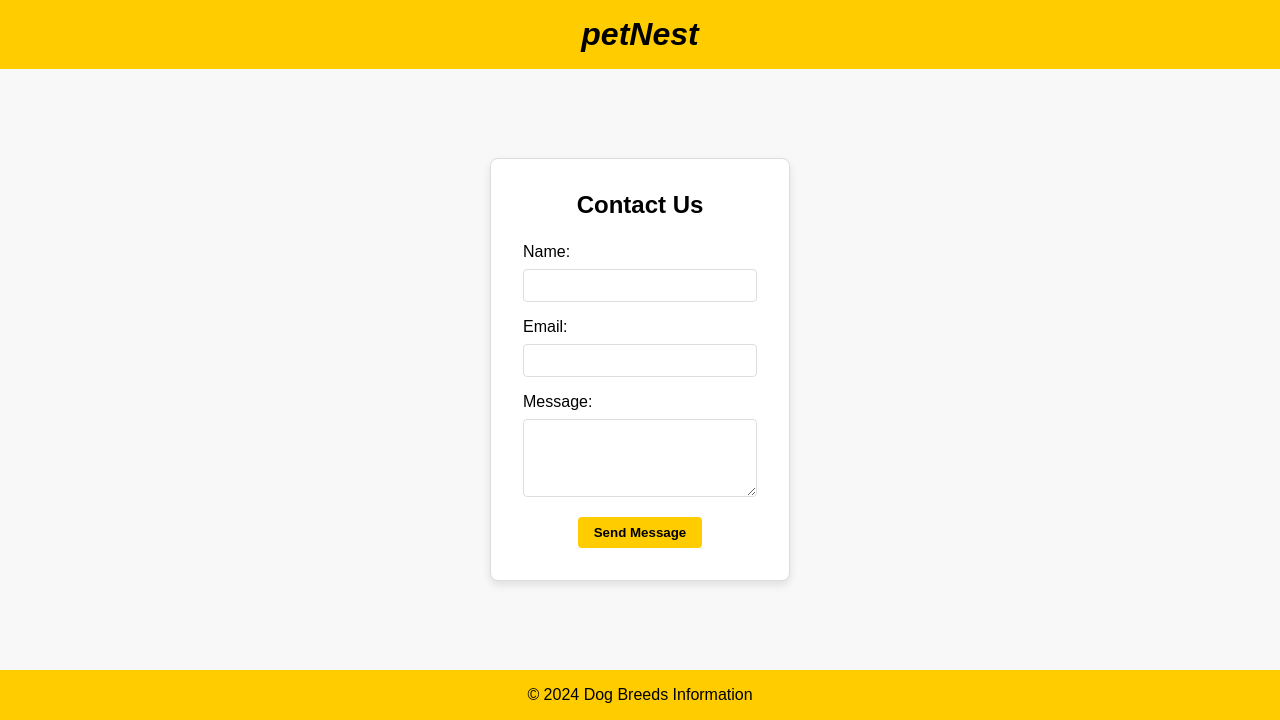
Repository: SHAHZADcodr/pet_care
Page: pages/contact.html
An editor plug-in stored every save of this project. The page is shown before and after the next save, followed by the edit.
The browser window is 1280 px wide. The pictures show the whole page.

Above is the page before, as saved 2024-11-04 23:32:59.

After the next save:
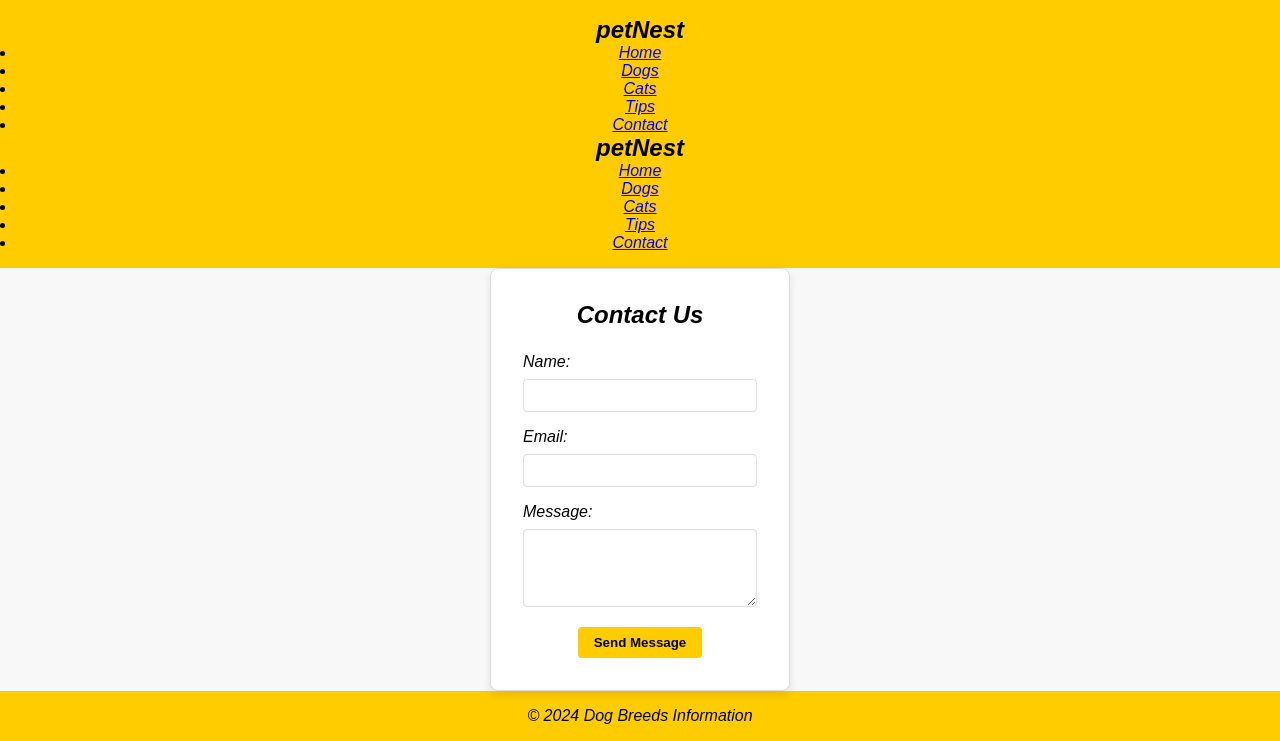
Saved 23 s later.
--- a/pages/contact.html
+++ b/pages/contact.html
@@ -8,7 +8,29 @@
 </head>
 <body>
     <header>
-        <h1 id="webName"><i><strong>petNest</strong></i></h1>
+        <nav>
+     <h1 id="webName"><i><strong>petNest</strong></
+i></h1>
+     <ul id="nav-links">
+         <li><a href="../index.html">Home</a></li>
+         <li><a href="dog.html">Dogs</a></li>
+         <li><a href="cat.html">Cats</a></li>
+         <li><a href="tips.html">Tips</a></li>
+         <li><a href="contact.html"
+id="you">Contact</a></li>
+     </ul>
+ </nav> <nav>
+     <h1 id="webName"><i><strong>petNest</strong></
+i></h1>
+     <ul id="nav-links">
+         <li><a href="../index.html">Home</a></li>
+         <li><a href="dog.html">Dogs</a></li>
+         <li><a href="cat.html">Cats</a></li>
+         <li><a href="tips.html">Tips</a></li>
+         <li><a href="contact.html"
+id="you">Contact</a></li>
+     </ul>
+ </nav>
     </header>
     <main class="contact-page">
         <div class="contact-card">
